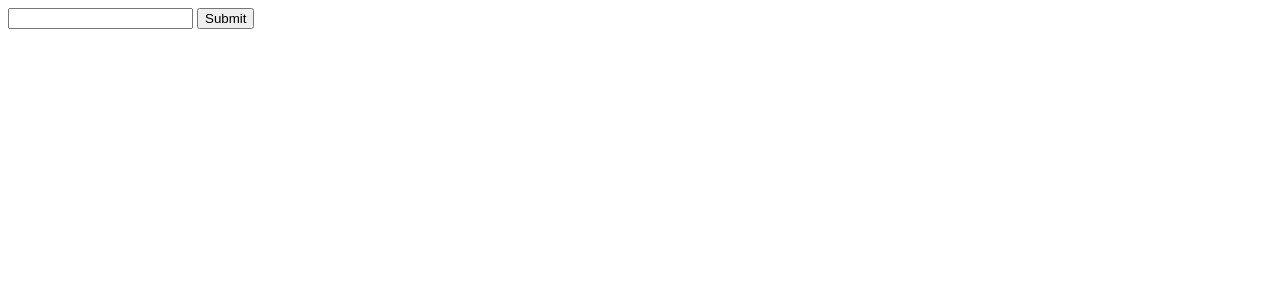
Repository: Tan-Khang21/TH_TKW--Buoi_01
Page: Buoi_01/BT_tren_lop/BT_06/main.html
These files come from the project's save history. The page is drawn as it stood at one moment and after the next save; the edit follows.
The browser window is 1280 px wide. The pictures show the whole page.

Above is the page before, as saved 2024-01-23 15:53:03.

### Buoi_01/BT_tren_lop/BT_06/main.html
<!DOCTYPE html>
<html lang="en">
<head>
    <meta charset="UTF-8">
    <meta name="viewport" content="width=device-width, initial-scale=1.0">
    <title>Document</title>
    <link rel="stylesheet" href="style.css">
</head>
<body>
    <FORM>
        <input type="text">
    <input type="submit" name="find">
</FORM>
</body>
</html>

Loaded but not shown: Buoi_01/BT_tren_lop/BT_06/style.css (no stored copy; drawn as an empty file)

After the next save:
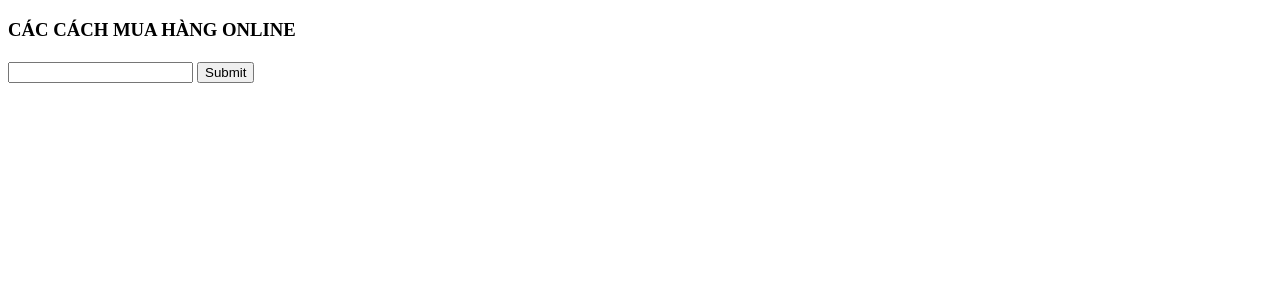
Saved 13 min 33 s later.
--- a/Buoi_01/BT_tren_lop/BT_06/main.html
+++ b/Buoi_01/BT_tren_lop/BT_06/main.html
@@ -1,15 +1,22 @@
 <!DOCTYPE html>
 <html lang="en">
-<head>
-    <meta charset="UTF-8">
-    <meta name="viewport" content="width=device-width, initial-scale=1.0">
+  <head>
+    <meta charset="UTF-8" />
+    <meta name="viewport" content="width=device-width, initial-scale=1.0" />
     <title>Document</title>
-    <link rel="stylesheet" href="style.css">
-</head>
-<body>
-    <FORM>
-        <input type="text">
-    <input type="submit" name="find">
-</FORM>
-</body>
+    <link rel="stylesheet" href="style.css" />
+  </head>
+  <body>
+    <div class="cover">
+        <h3>CÁC CÁCH MUA HÀNG ONLINE</h3>
+        <h1></h1>
+        <div class="content">
+
+        </div>
+    </div>
+    <form>
+      <input type="text" />
+      <input type="submit" name="find" />
+    </form>
+  </body>
 </html>
